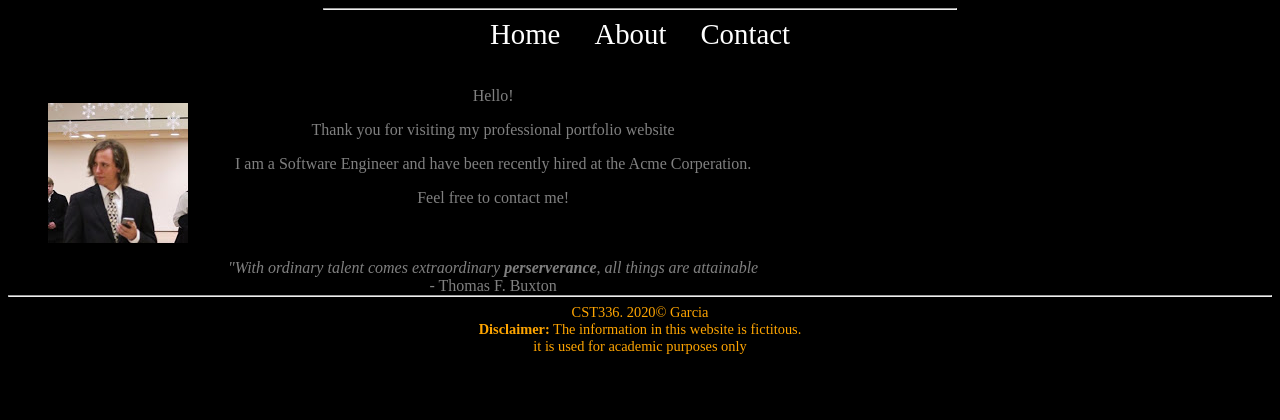
Repository: Sovereign5/cst336
Page: hbs/public/personal_portfolio/index.html
The author's editor kept a record of every edit. The page is drawn from the files as they stood at one moment, then again after the next edit.
The browser window is 1280 px wide. The pictures show the whole page.

Above is the page before.

After the next edit:
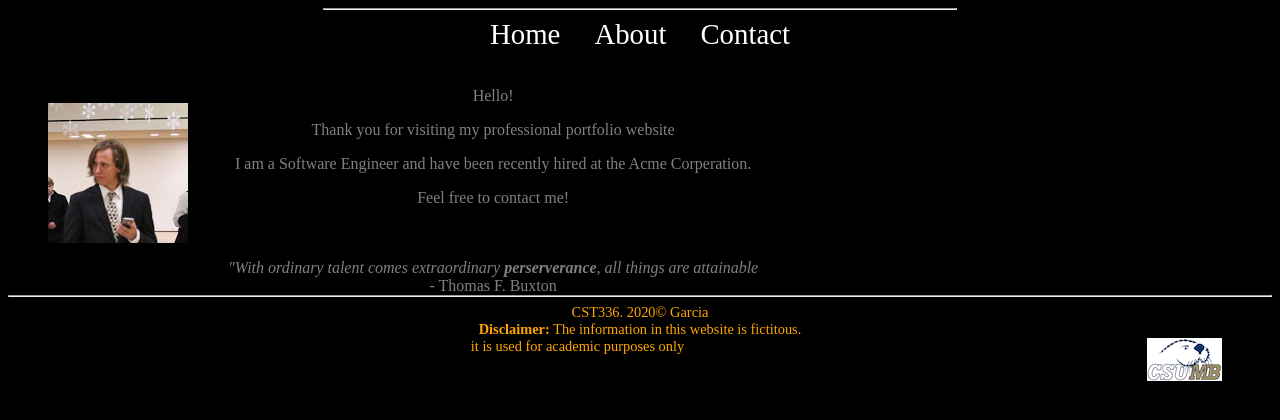
The edit:
--- a/hbs/public/personal_portfolio/index.html
+++ b/hbs/public/personal_portfolio/index.html
@@ -45,6 +45,9 @@
             CST336. 2020&copy; Garcia <br/>
             <strong>Disclaimer:</strong> The information in this website is fictitous. <br/>
             it is used for academic purposes only
+            <div id="CSUMBImage">
+                <img src="img/csumb.png" alt="CSUMBLogo">
+            </div>
         </footer>
     </main>
 </html>
